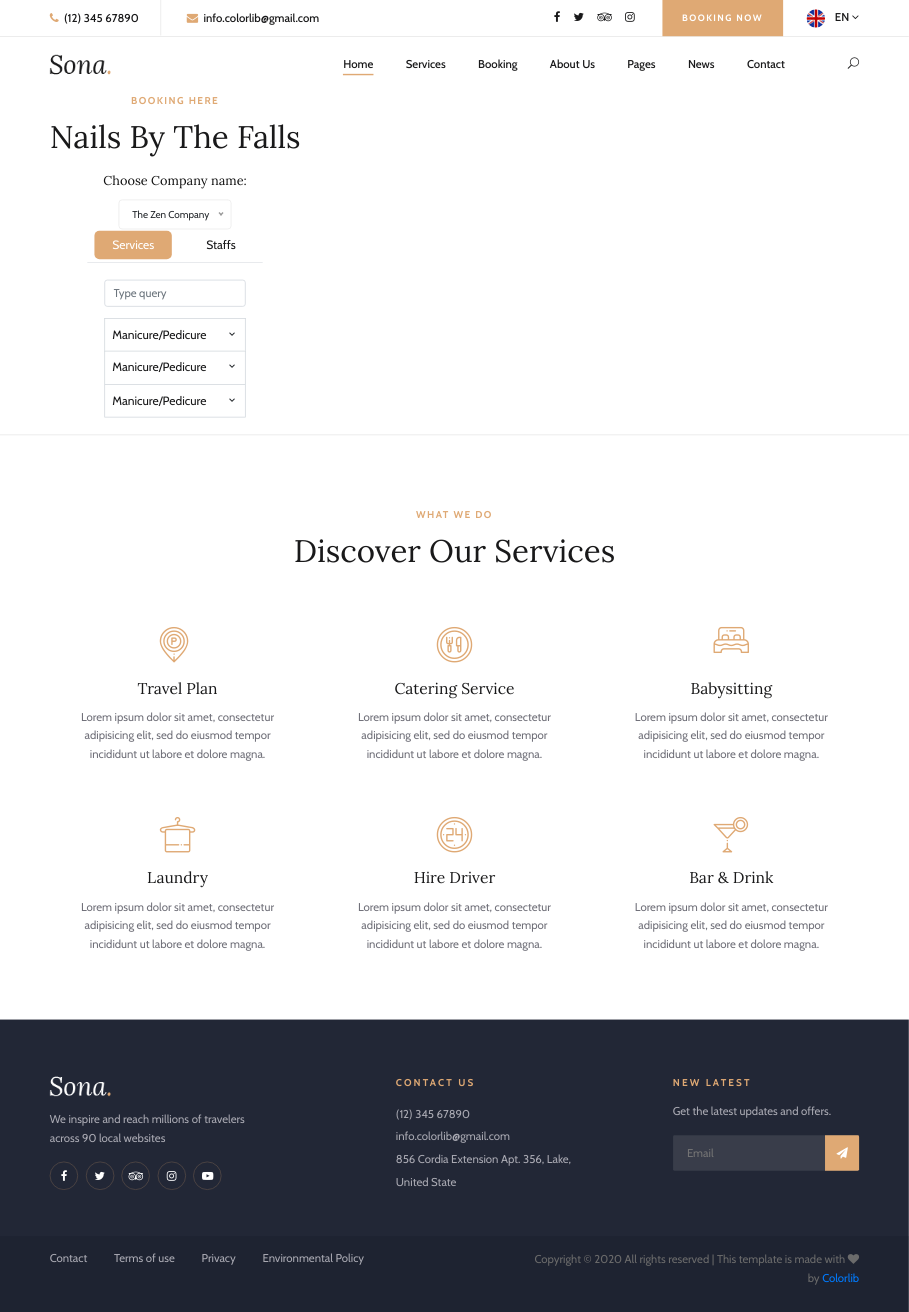
Repository: KeriBoss/Booking_Spa
Page: booking.html
These files come from the project's save history. The page is drawn as it stood at one moment and after the next save; the edit follows.
The browser window is 1280 px wide. The pictures show the whole page, at 71% of full size.

Above is the page before, as saved 2023-05-19 16:37:53.

After the next save:
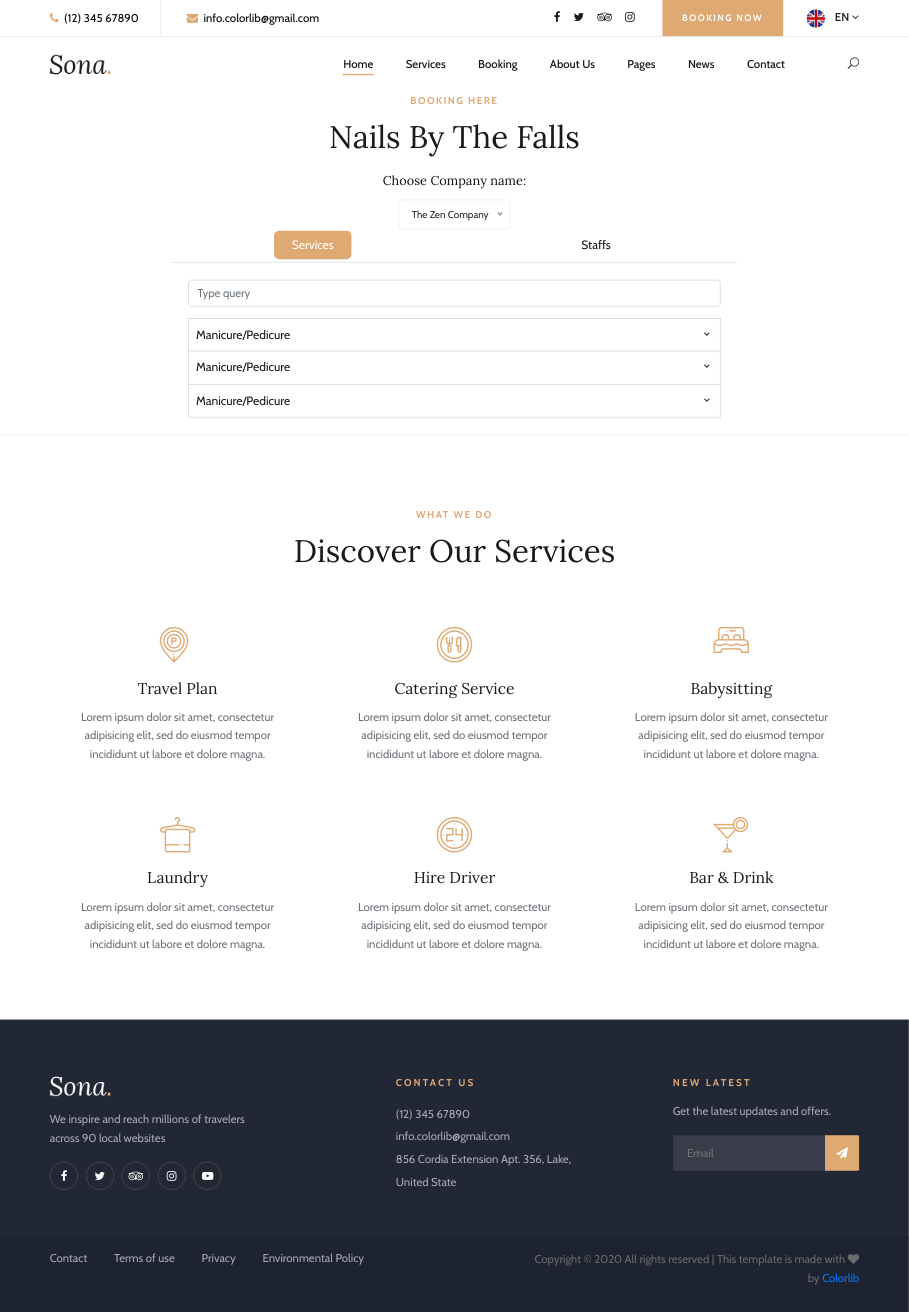
Saved 33 s later.
--- a/booking.html
+++ b/booking.html
@@ -170,8 +170,9 @@
     <!-- Booking start-->
     <section class="booking-nail">
         <div class="container">
-            <div class="row">
-                <form action="">
+            <form action="">
+                <div class="row">
+
                     <div class="col-lg-12">
                         <div class="section-title">
                             <span>Booking here</span>
@@ -308,8 +309,8 @@
 
                         </div>
                     </div>
-                </form>
-            </div>
+                </div>
+            </form>
         </div>
     </section>
     <!-- Booking end-->
